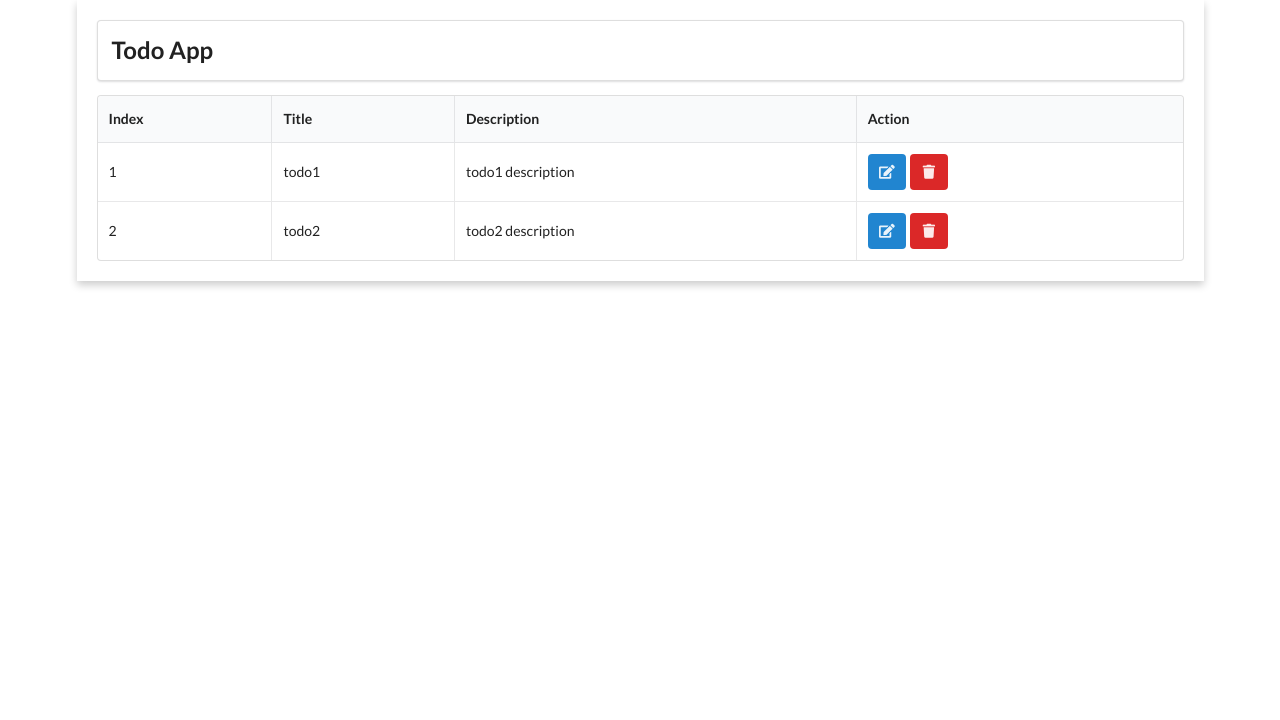
Repository: Wahid137/todo-app
Page: /
The author's editor kept a copy of each file at every save. The page is drawn from the files as they stood at one save, then again after the next save.
The browser window is 1280 px wide. The pictures show the whole page.
The project was rebuilt for these pictures with package versions that can differ from the ones it lists, and the page was loaded fresh each time. Also part of the build but not shown: src/App.css, src/index.css.

Above is the page before, as saved 2024-05-03 10:12:34.

### src/index.js
import React from 'react';
import ReactDOM from 'react-dom/client';
import 'semantic-ui-css/semantic.min.css';
import App from './App';
import './index.css';
import reportWebVitals from './reportWebVitals';

const root = ReactDOM.createRoot(document.getElementById('root'));
root.render(
  <React.StrictMode>
    <App />
  </React.StrictMode>
);

// If you want to start measuring performance in your app, pass a function
// to log results (for example: reportWebVitals(console.log))
// or send to an analytics endpoint. Learn more: https://bit.ly/CRA-vitals
reportWebVitals();

### src/App.js
import './App.css';
import TodoListPage from './components/TodoListPage';

function App() {
  return (
    <TodoListPage />
  );
}

export default App;

### src/components/TodoListPage.js
import React, { useState } from 'react';
import { Button, Container, Icon, Segment, Table } from 'semantic-ui-react';

const TodoListPage = () => {
    const initialTodos = [
        { id: 1, title: "todo1", description: "todo1 description" },
        { id: 2, title: "todo2", description: "todo2 description" }
    ];

    const [todos, setTodos] = useState(initialTodos);

    const handleDelete = (id) => {
        setTodos(todos.filter(todo => todo.id !== id));
    };

    return (
        <Container style={{ boxShadow: '0 4px 8px 0 rgba(0, 0, 0, 0.2)', padding: '20px' }}>
            <Segment>
                <h2>Todo App</h2>
            </Segment>
            <div>
                <Table celled>
                    <Table.Header>
                        <Table.Row>
                            <Table.HeaderCell>Index</Table.HeaderCell>
                            <Table.HeaderCell>Title</Table.HeaderCell>
                            <Table.HeaderCell>Description</Table.HeaderCell>
                            <Table.HeaderCell>Action</Table.HeaderCell>
                        </Table.Row>
                    </Table.Header>

                    <Table.Body>
                        {todos?.map((todo, index) => (
                            <Table.Row key={todo.id}>
                                <Table.Cell>{index + 1}</Table.Cell>
                                <Table.Cell>{todo.title}</Table.Cell>
                                <Table.Cell>{todo.description}</Table.Cell>
                                <Table.Cell>
                                    <Button icon color='blue'>
                                        <Icon name='edit' />
                                    </Button>
                                    <Button icon color='red' onClick={() => handleDelete(todo.id)}>
                                        <Icon name='trash' />
                                    </Button>
                                </Table.Cell>
                            </Table.Row>
                        ))}
                    </Table.Body>
                </Table>
            </div>
        </Container>
    );
};

export default TodoListPage;

Loaded but not shown: public/index.html (common file); src/reportWebVitals.js (common file)

After the next save:
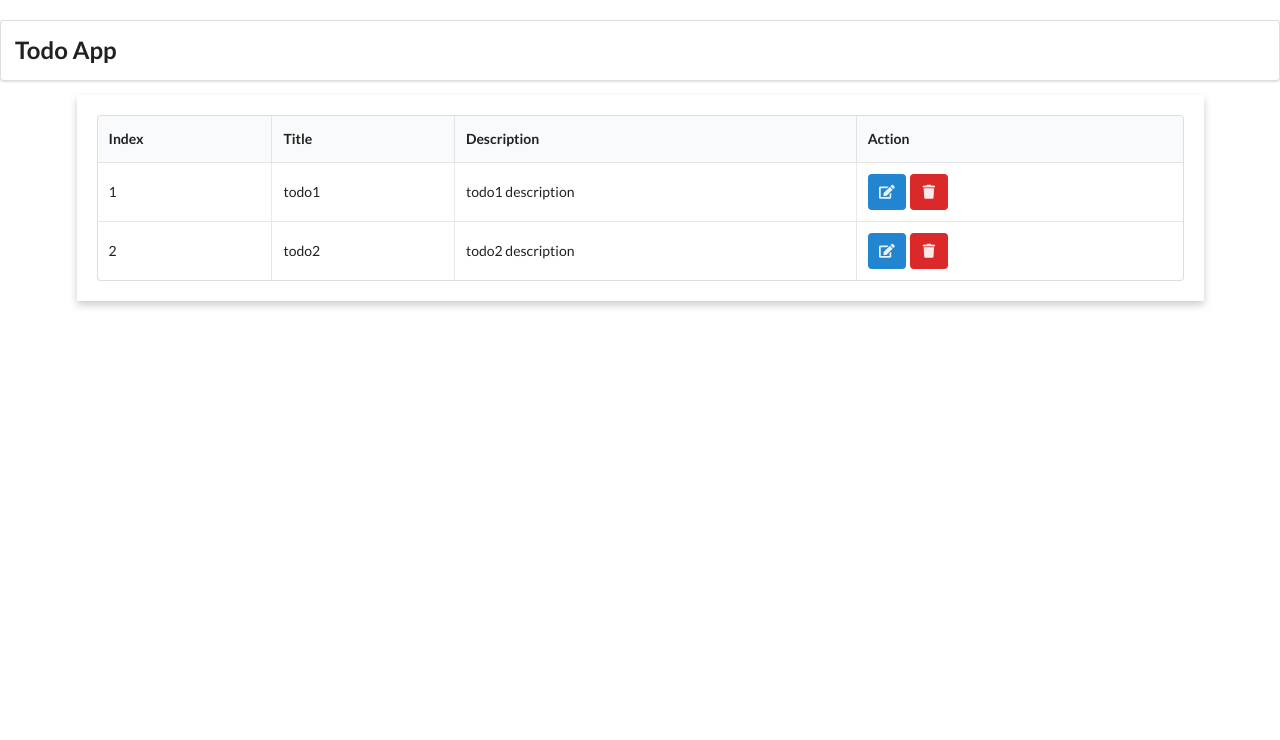
Saved 80 s later.
--- a/src/components/TodoListPage.js
+++ b/src/components/TodoListPage.js
@@ -14,41 +14,43 @@ const TodoListPage = () => {
     };
 
     return (
-        <Container style={{ boxShadow: '0 4px 8px 0 rgba(0, 0, 0, 0.2)', padding: '20px' }}>
-            <Segment>
+        <div>
+            <Segment style={{ marginTop: '20px' }}>
                 <h2>Todo App</h2>
             </Segment>
-            <div>
-                <Table celled>
-                    <Table.Header>
-                        <Table.Row>
-                            <Table.HeaderCell>Index</Table.HeaderCell>
-                            <Table.HeaderCell>Title</Table.HeaderCell>
-                            <Table.HeaderCell>Description</Table.HeaderCell>
-                            <Table.HeaderCell>Action</Table.HeaderCell>
-                        </Table.Row>
-                    </Table.Header>
+            <Container style={{ boxShadow: '0 4px 8px 0 rgba(0, 0, 0, 0.2)', padding: '20px' }}>
+                <div>
+                    <Table celled>
+                        <Table.Header>
+                            <Table.Row>
+                                <Table.HeaderCell>Index</Table.HeaderCell>
+                                <Table.HeaderCell>Title</Table.HeaderCell>
+                                <Table.HeaderCell>Description</Table.HeaderCell>
+                                <Table.HeaderCell>Action</Table.HeaderCell>
+                            </Table.Row>
+                        </Table.Header>
 
-                    <Table.Body>
-                        {todos?.map((todo, index) => (
-                            <Table.Row key={todo.id}>
-                                <Table.Cell>{index + 1}</Table.Cell>
-                                <Table.Cell>{todo.title}</Table.Cell>
-                                <Table.Cell>{todo.description}</Table.Cell>
-                                <Table.Cell>
-                                    <Button icon color='blue'>
-                                        <Icon name='edit' />
-                                    </Button>
-                                    <Button icon color='red' onClick={() => handleDelete(todo.id)}>
-                                        <Icon name='trash' />
-                                    </Button>
-                                </Table.Cell>
-                            </Table.Row>
-                        ))}
-                    </Table.Body>
-                </Table>
-            </div>
-        </Container>
+                        <Table.Body>
+                            {todos.map((todo, index) => (
+                                <Table.Row key={todo.id}>
+                                    <Table.Cell>{index + 1}</Table.Cell>
+                                    <Table.Cell>{todo.title}</Table.Cell>
+                                    <Table.Cell>{todo.description}</Table.Cell>
+                                    <Table.Cell>
+                                        <Button icon color='blue'>
+                                            <Icon name='edit' />
+                                        </Button>
+                                        <Button icon color='red' onClick={() => handleDelete(todo.id)}>
+                                            <Icon name='trash' />
+                                        </Button>
+                                    </Table.Cell>
+                                </Table.Row>
+                            ))}
+                        </Table.Body>
+                    </Table>
+                </div>
+            </Container>
+        </div>
     );
 };
 
